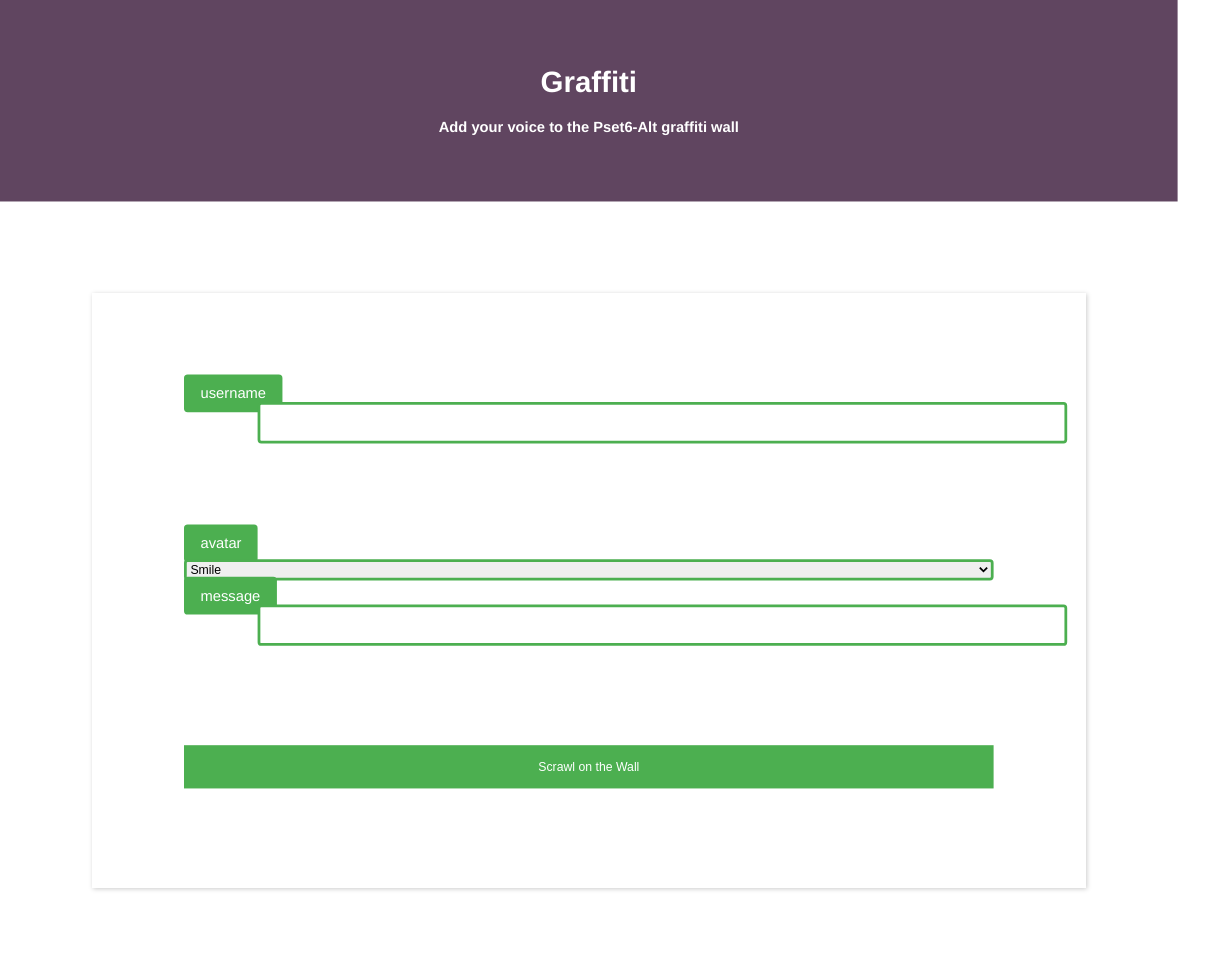
Repository: egniebauer/cs50x-LaunchCode
Page: pset-graffitiwall/graffiti.html
The author's editor kept a record of every edit. The page is drawn from the files as they stood at one moment, then again after the next edit.
The browser window is 1280 px wide. The page is 1310 px wide, then 1280 px, so the pictures cover 1310 px, including what lies to the right of the window. The pictures show the whole page, at 92% of full size.
Some web libraries are served in a nearby version.

Above is the page before.

### pset-graffitiwall/graffiti.html
<!DOCTYPE html>
<html>
<head>
    <title>Graffiti</title>
    <link rel="stylesheet" type="text/css" href="styles.css" />
</head>
<body>
    <div class="heading">
        <h1>Graffiti</h1>
        <h4>Add your voice to the Pset6-Alt graffiti wall</h4>
    </div>

    <div class="card">

        <!-- Don't change the id. Our JS script below is looking for "slackForm". -->
        <form id="slackForm" action="https://hooks.slack.com/services/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" method="POST">

            <!-- TODO: add the necessary fields, action, submit button, etc -->
            <label for="username">username</label><br />
            <input type="text" name="username"/><br />

            <label for="avatar">avatar</label><br />
            <select name="icon_emoji">
                <option value=":smile:">Smile</option>
                <option value=":muscle:">Muscle</option>
                <option value=":eyes:">Eyes</option>
                <option value=":baby_chick:">Baby Chick</option>
                <option value=":sushi:">Sushi</option>
                <option value=":moyai:">Moyai</option>
            </select><br />

            <label for="message">message</label><br />
            <input type="text" name="text"/><br />

            <input type="submit" value="Scrawl on the Wall">

        </form>
    </div>

    <!-- here we include some javascript: first a few libraries... -->
    <script src="https://ajax.googleapis.com/ajax/libs/jquery/1.8.3/jquery.min.js"></script>
    <script src="http://code.jquery.com/ui/1.9.2/jquery-ui.js"></script>

    <!-- ...and then our own script -->
    <script type="text/javascript">

        // first get a reference to the form
        var slackForm = document.getElementById("slackForm");

        // right before the form submits, execute the function called populatePayloadField
        slackForm.onsubmit = populatePayloadField;

        function populatePayloadField() {
            // convert form fields into a JSON string
            var formData = getFormData();
            delete formData.payload;
            jsonString = JSON.stringify(formData);

            // create a new hidden input and add it to the form
            var payloadInput = document.createElement("input");
            payloadInput.setAttribute("type", "hidden");
            payloadInput.setAttribute("name", "payload");
            payloadInput.setAttribute("value", jsonString);
            console.log(payloadInput);
            slackForm.appendChild(payloadInput);
            console.log(slackForm);
        }

        // a helper function to return a javascript object containing all the form's fields
        function getFormData() {
            var object = {};
            var fields = $("#slackForm").serializeArray();
            for (var i = 0; i < fields.length; i++) {
                var field = fields[i];
                object[field.name] = field.value;
            }
            return object;
        }
    </script>

</body>
</html>

### pset-graffitiwall/styles.css
body {
    margin: 0;
    font-size: 16px;
    font-family: helvetica;
}

.card {
    margin: 100px;
    padding: 100px;
    box-shadow: 1px 1px 5px #ccc;
}

.heading {
    padding: 50px;
    color: white;
    background: #604560;
    text-align: center;
}

input[type=text] {
    border: 3px solid #4CAF50;
    border-radius: 4px;
    width: 100%;
    padding: 12px 20px;
    box-sizing: border-box;
    display: inline-block;
    margin-top: 0;
    margin-bottom: 100px;
    margin-right: 150px;
    margin-left: 80px;

}

select {
    border: 3px solid #4CAF50;
    border-radius: 4px;
    width: 100%;
    /*padding: 16px 20px;*/
    margin: 8px 0;
    box-sizing: border-box;
}

input[type=submit] {
    background-color: #4CAF50;
    border: none;
    color: white;
    padding: 16px 20px;
    text-decoration: none;
    margin: 8px 0;
    cursor: pointer;
    width: 100%;
}

label {
    background-color: #4CAF50;
    border: none;
    color: white;
    padding: 12px 18px;
    border-radius: 4px;
}

After the next edit:
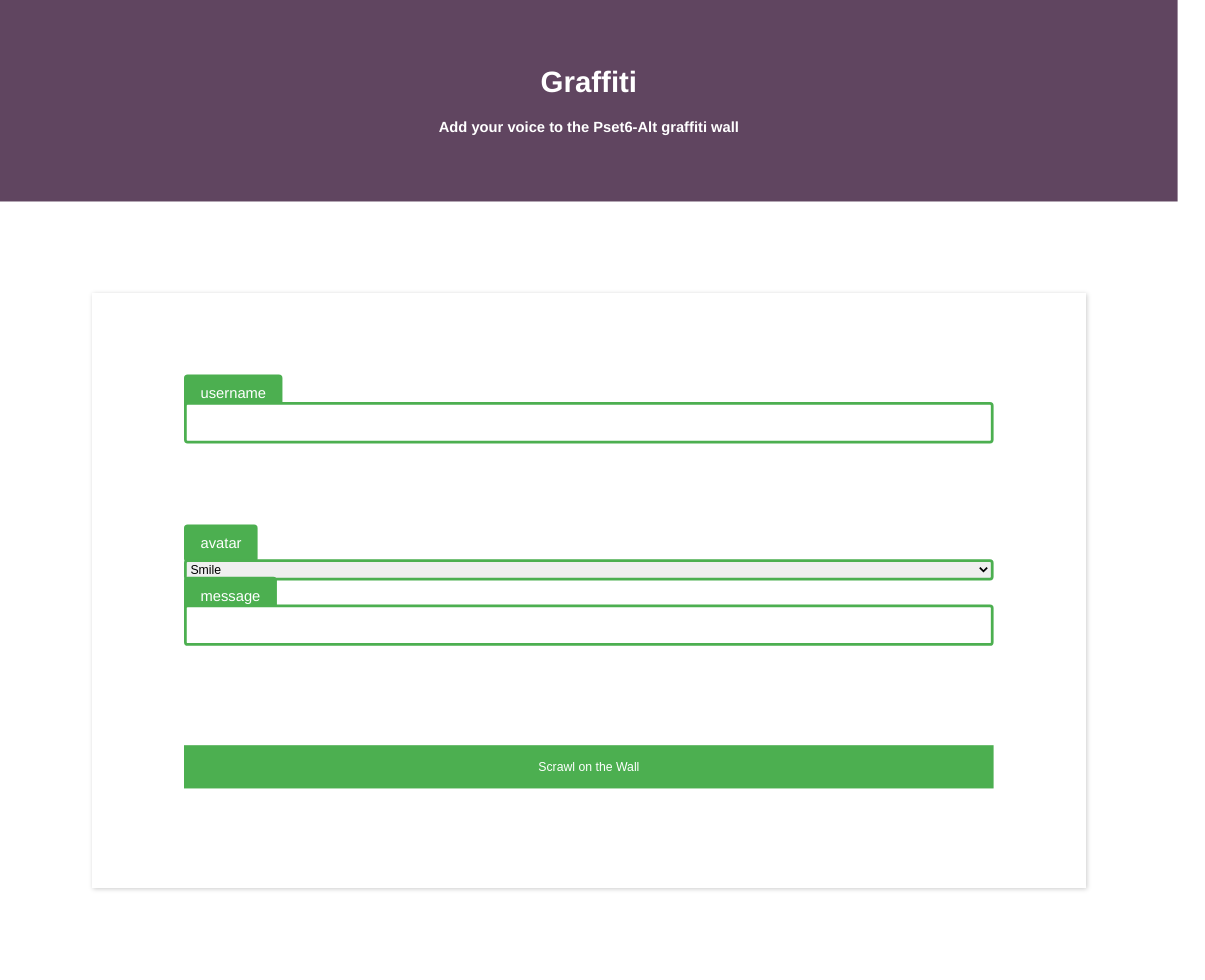
The edit:
--- a/pset-graffitiwall/styles.css
+++ b/pset-graffitiwall/styles.css
@@ -26,8 +26,8 @@
     display: inline-block;
     margin-top: 0;
     margin-bottom: 100px;
-    margin-right: 150px;
-    margin-left: 80px;
+    margin-right: 0;
+    margin-left: 0;
 
 }
 
